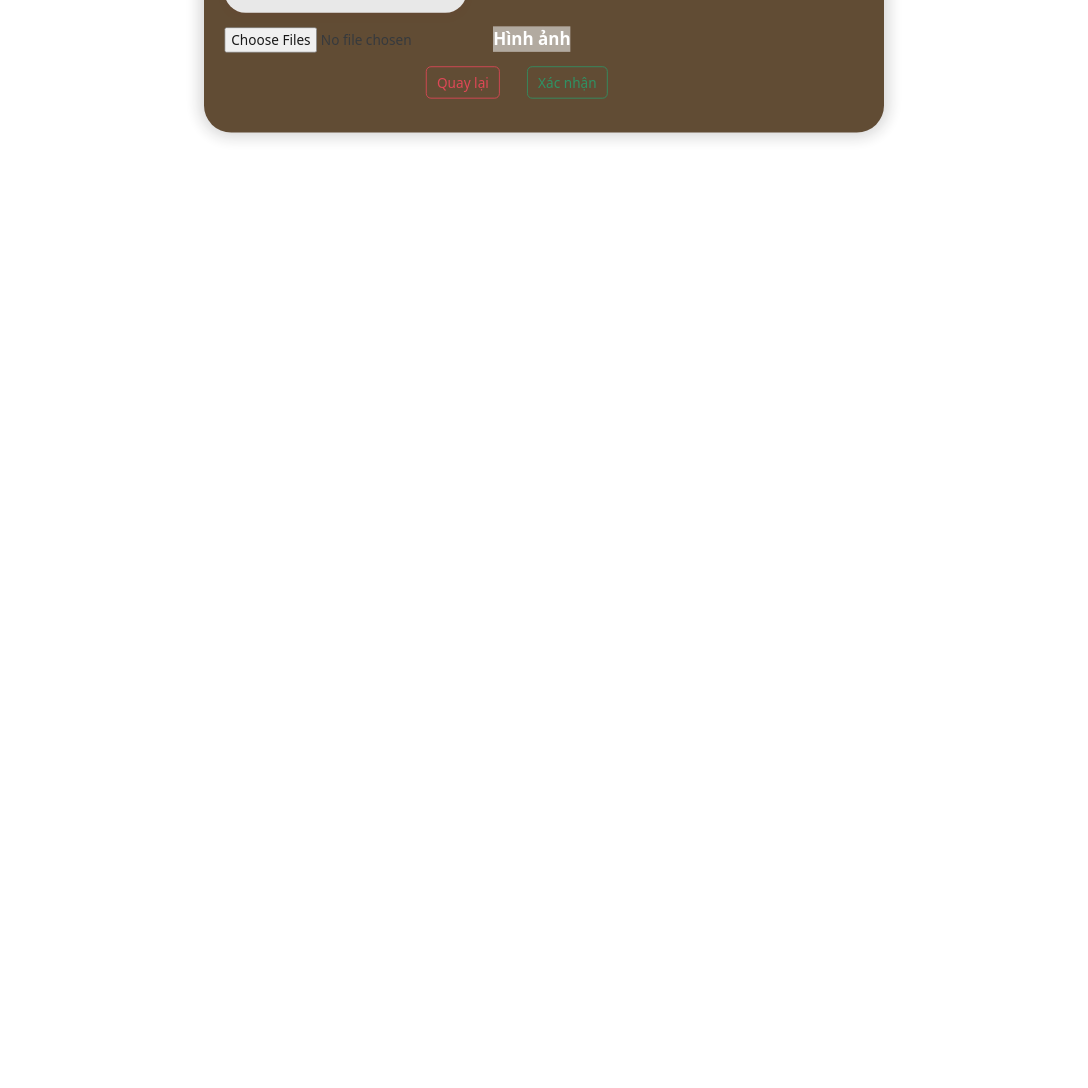
Repository: LeDongGyC/html-css
Page: HTML CSS/prototype/index.html
The author's editor kept a copy of each file at every save. The page is drawn from the files as they stood at one save, then again after a run of saves.
The browser window is 1280 px wide. The pictures show the part of the page from y = 720 to 2000 px (the page is 2000 px tall), at 85% of full size.
Some web libraries are served in a nearby version. The style sheet was rebuilt from its Sass, Less or Tailwind sources for each picture, by a compiler version that may differ from the author's.

Above is the page before, as saved 2023-05-26 09:45:05.

### HTML CSS/prototype/index.html
<!doctype html>
<html lang="en">

<head>
  <title>Phản hồi khách hàng</title>
  <!-- Required meta tags -->
  <meta charset="utf-8">
  <meta name="viewport" content="width=device-width, initial-scale=1, shrink-to-fit=no">
  <link rel="stylesheet" href="style.css">
  <link rel="stylesheet" href="reset.css">
  <!-- <script src="index.js"></script> Bootstrap CSS v5.2.1 -->
  <script>
  </script>
  <link href="https://cdn.jsdelivr.net/npm/bootstrap@5.2.1/dist/css/bootstrap.min.css" rel="stylesheet"
    integrity="sha384-iYQeCzEYFbKjA/T2uDLTpkwGzCiq6soy8tYaI1GyVh/UjpbCx/TYkiZhlZB6+fzT" crossorigin="anonymous">
  <link rel='stylesheet prefetch' href='https://netdna.bootstrapcdn.com/font-awesome/3.2.1/css/font-awesome.css'>
  <link rel="stylesheet" href="https://cdnjs.cloudflare.com/ajax/libs/font-awesome/6.4.0/css/all.min.css"
    integrity="sha512-iecdLmaskl7CVkqkXNQ/ZH/XLlvWZOJyj7Yy7tcenmpD1ypASozpmT/E0iPtmFIB46ZmdtAc9eNBvH0H/ZpiBw=="
    crossorigin="anonymous" referrerpolicy="no-referrer" />

</head>

<body class="">
  <div class="containerr">
    <div class="feedback-box">
      <div class="feedback-box_right">
        <h2 class="feedback-box_right-title">PHẢN HỒI</h2>
        <div class="row">
          <div class="mb-3 col-md-6">
            <label for="name" class="form-label">Họ và tên<span style="color:red;">(*)</span></label>
            <input type=" text" class=" feedback-box_right-item" name="" id="name" aria-describedby="helpId"
                placeholder="">
                <span class="text-warning">Vui lòng nhập vào ô này</span> <br>
                <span class="text-warning">Tên không đúng định dạng</span>
          </div>
          <div class="mb-3 col-md-6">
            <label for="email" class="form-label">Email<span style="color:red;">(*)</span></label>
            <input type=" text" class=" feedback-box_right-item" name="" id="email" aria-describedby="helpId"
                placeholder="">
                <span class="text-warning">Vui lòng nhập vào ô này</span> <br>
                <span class="text-warning">Email không đúng định dạng</span>
          </div>
        </div>

        <div class="mb-3">
          <label for="typeFeedback" class="form-label">Loại phản hồi</label>
          <select class="feedback-box_right-item " name="" id="typeFeedback">
            <option value="" class="feedback-box_right-item-selected">Loại phản hồi 1</option>
            <option value="" class="feedback-box_right-item-selected">Loại phản hồi 2</option>
            <option value="" class="feedback-box_right-item-selected">Loại phản hồi 3</option>
          </select>
          <span class="text-warning">Vui lòng chọn vào ô này</span>
        </div>
        <div class="mb-3">
          <label for="feedback" class="form-label">Nội dung phản hồi<span style="color:red;">(*)</span></label>
          <textarea type="" class=" feedback-box_right-item" name="" id="feedback" aria-describedby="helpId"
              placeholder="" rows="5" minlength="50" maxlength="1000" style="resize: none;"></textarea>
              <span class="text-white">Độ dài từ 50-1000</span> <br>
              <span class="text-warning">Vui lòng nhập vào ô này</span> <br>
              <span class="text-warning">Độ dài không hợp lệ</span>
        </div>

        <div class="stars">
          <header>Đánh giá của bạn</header>
          <input class="star star-5" id="star-5" type="radio" name="star" />
          <label class="star star-5" for="star-5"></label>
          <input class="star star-4" id="star-4" type="radio" name="star" />
          <label class="star star-4" for="star-4"></label>
          <input class="star star-3" id="star-3" type="radio" name="star" />
          <label class="star star-3" for="star-3"></label>
          <input class="star star-2" id="star-2" type="radio" name="star" />
          <label class="star star-2" for="star-2"></label>
          <input class="star star-1" id="star-1" type="radio" name="star" />
          <label class="star star-1" for="star-1"></label>
        </div>
        <div class="mb-3">
          <input type="file" name="file" id="file" class="inputfile" data-multiple-caption="{count} files selected"
            multiple />
          <label for="file">Hình ảnh</label>
        </div>
        <div class="mb-3">
          <div class="feedback-box_right-button">
            <div class="feedback-box_right-button"><a name="" id="" class="btn btn-outline-danger" href="#"
                role="button">Quay
                lại</a></div>
            <div class="feedback-box_right-button"><a name="" id="" class="btn btn-outline-success" href="#"
                role="button">Xác
                nhận</a></div>
          </div>
        </div>
      </div>
    </div>
  </div>
  </div>

  <script src="https://cdn.jsdelivr.net/npm/@popperjs/core@2.11.6/dist/umd/popper.min.js"
    integrity="sha384-oBqDVmMz9ATKxIep9tiCxS/Z9fNfEXiDAYTujMAeBAsjFuCZSmKbSSUnQlmh/jp3" crossorigin="anonymous">
    </script>

  <script src="https://cdn.jsdelivr.net/npm/bootstrap@5.2.1/dist/js/bootstrap.min.js"
    integrity="sha384-7VPbUDkoPSGFnVtYi0QogXtr74QeVeeIs99Qfg5YCF+TidwNdjvaKZX19NZ/e6oz" crossorigin="anonymous">
    </script>
</body>

</html>

### HTML CSS/prototype/style.scss
* {
  box-sizing: border-box;
}
html {
  font-size: 62.5%;
}
body {
  font-size: 1.6rem;
  font-family: "Arial", sans-serif;
  font-weight: normal;
  height: 100vh;
  width: 100%;
}
.containerr {
  position: relative;
  width: 100%;
  height: 100%;
  display: flex;
  justify-content: center;
  align-items: center;
  padding: 2rem 10rem;
  background-attachment: fixed;
  // height: 1300px !important;
  &::after {
    content: "";
    position: absolute;
    width: 100%;
    background-attachment: fixed;
    height: 2000px;
    left: 0;
    top: 0;
    background-image: linear-gradient(
        rgba(87, 79, 51, 0.5),
        rgba(87, 79, 51, 0.5)
      ),
      url("https://img.freepik.com/free-vector/realistic-coffee-background-with-drawings_79603-607.jpg?w=2000");
    background-size: cover;
    z-index: -1;
  }
}
.feedback-box {
  position: absolute;
  border-radius: 2rem;
  top: 20px;
  max-width: 50rem;
  display: grid;
  grid-template-columns: repeat(1, 1fr);
  justify-content: center;
  background-color: #51391f;
  opacity: 0.9;
  box-shadow: 0px 0px 19px 5px rgba(0, 0, 0, 0.19);
  &_right {
    padding: 1.5rem;
    // width: 80%;
    max-height: 70%;
    &-title {
      position: relative;
      align-items: center;
      text-align: center;
      padding: 0 0 10px;
      margin-bottom: 10px;
      color: white;
      &::after {
        content: "";
        position: absolute;
        left: 50%;
        bottom: 0;
        transform: translateX(-50%);
        height: 4px;
        width: 70px;
        border-radius: 2px;

        background-color: white;
      }
    }
    &-item {
      width: 100%;
      border: 2px solid rgba(255, 253, 253, 0);
      outline: none;
      background-color: rgb(230, 230, 230);
      padding: 0.5rem 1rem;
      font-size: 1.1rem;
      border-radius: 0.5rem;
      transition: 0.3s;
      &:hover {
        background-color: rgba(226, 178, 178, 0.943);
      }
      &:focus {
        border: 2px solid rgba(30, 85, 250, 0.47);
        background-color: #fff;
      }
      &:last-child {
        resize: none;
      }
    }
    &-button {
      display: flex;
      justify-content: center;
      margin-right: 2rem;
      &-item{
        padding: 1.6rem 2.4rem;
        text-decoration: none;
        background-color: black;
        border: 1px solid #C49B63;
        color: #C49B63;
        &:nth-child(0):hover{

        }
        &:nth-child(1):hover{

        }
      }
    }
  }
}
.btn1:hover{
  background-color: red;
  color: white;
  transition: all 0.3s ease-in-out;
}
.btn2
.inputfile {
  width: 0.1px;
  height: 0.1px;
  opacity: 0;
  overflow: hidden;
  position: absolute;
  z-index: -1;
}
.inputfile + label {
  font-size: 1.25em;
  font-weight: 700;
  color: white;
  background-color: rgba(230, 230, 230, 0.6);
  display: inline-block;
  cursor: pointer;
}

.inputfile:focus + label,
.inputfile + label:hover {
  color: rgba(30, 85, 250, 0.47);
  background-color: rgba(0, 0, 0, 0.1);
}
div.stars {
  display: inline-block;
  position: relative;
  background-color: rgb(230, 230, 230);
  display: inline-block;
  padding: 0.5rem 1rem;
  border-radius: 25px;
  box-shadow: 0 5px 10px rgba(145, 25, 25, 0.05);
  margin-bottom: 1rem;
}
label {
  color: white;
}
input.star {
  display: none;
}

label.star {
  float: right;
  padding-right: 10px;
  font-size: 36px;
  color: #444;
  transition: all 0.2s;
}

input.star:checked ~ label.star:before {
  content: "\f005";
  color: #fd4;
  transition: all 0.25s;
}

input.star-5:checked ~ label.star:before {
  color: #fe7;
  text-shadow: 0 0 20px #952;
}

input.star-1:checked ~ label.star:before {
  color: #f62;
}

label.star:hover {
  transform: rotate(-15deg) scale(1.3);
}

label.star:before {
  content: "\f006";
  font-family: FontAwesome;
}
@media (max-width: 767px) {
  .feedback-box_left {
    display: none;
  }
  .feedback-box {
    font-size: 26px;
    width: 100%;
    display: flex;
    flex-direction: column;
    justify-content: center;
    align-items: center;
  }
}
#file-input-container {
  // position: relative;
  // display: inline-block;
  // overflow: hidden;
  // border: 2px solid #ccc;
  // border-radius: 4px;
  // padding: 8px;
  // cursor: pointer;
}
#file-input-container input[type="file"] {
  display: none;
}
#file-input-container .upload-icon {
  display: inline-block;
  text-transform: uppercase;
  color: #fff;
  background-color: #c0392b;
  padding: 15px 40px;
  letter-spacing: 1.5px;
  user-select: none;
  box-shadow: 5px 15px 25px rgba(0, 0, 0, 0.35);
  cursor: pointer;
  border-radius: 3px;
}
#file-input-container .upload-icon:active {
  transform: scale(0.9);
}
#file-input-container .upload-icon i {
  font-size: 20px;
  margin-right: 10px;
}
#image-preview {
  display: flex !important;
  flex-wrap: wrap;
  background-color: #fff;
  /* width: 50px; */
  // padding: 10px;
}
.preview-image {
  width: 150px;
  height: 150px;
  margin: 10px;
  position: relative;
}
.preview-image.selected {
  border: 2px solid blue;
}
.loading-overlay {
  position: absolute;
  top: 0;
  left: 0;
  width: 100%;
  height: 100%;
  background-color: rgba(255, 255, 255, 0.7);
  display: flex;
  justify-content: center;
  align-items: center;
  opacity: 0;
  pointer-events: none;
  transition: opacity 0.3s ease-in-out;
}
.loading-overlay.show {
  opacity: 1;
  pointer-events: auto;
}
.loading-spinner {
  display: inline-block;
  width: 20px;
  height: 20px;
  border: 2px solid #ccc;
  border-top-color: #333;
  border-radius: 50%;
  animation: spin 1s infinite ease-in-out;
}
@keyframes spin {
  0% {
    transform: rotate(0deg);
  }
  100% {
    transform: rotate(360deg);
  }
}
#image-preview,
#delete-selected-button {
  display: none;
}

Loaded but not shown: HTML CSS/prototype/reset.css (common file)

After the next 2 saves:
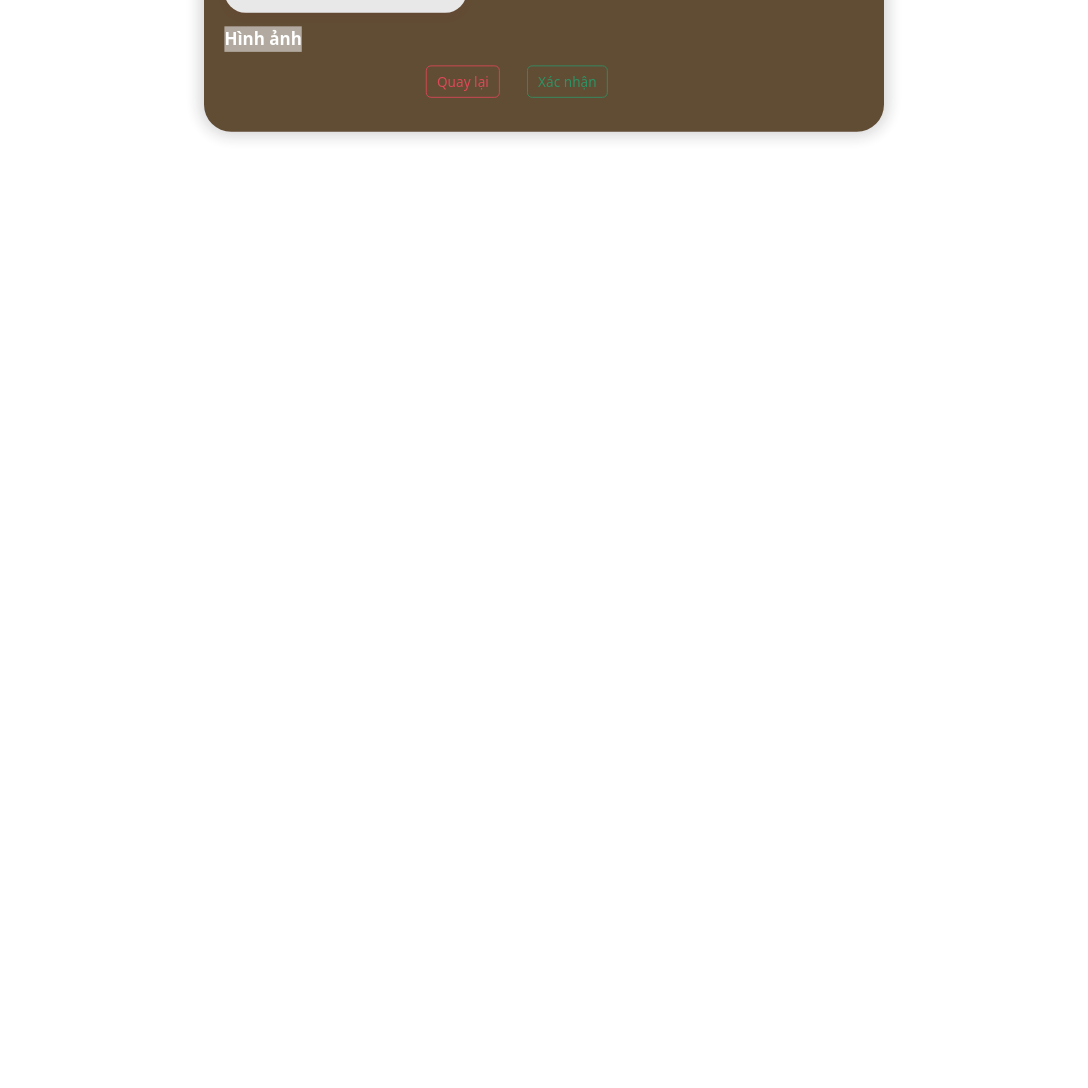
The 2 saves are shown as one change because they came seconds apart.
The last was saved 7 s later.
--- a/HTML CSS/prototype/style.scss
+++ b/HTML CSS/prototype/style.scss
@@ -97,28 +97,30 @@ body {
       display: flex;
       justify-content: center;
       margin-right: 2rem;
-      &-item{
+      &-item {
         padding: 1.6rem 2.4rem;
         text-decoration: none;
         background-color: black;
-        border: 1px solid #C49B63;
-        color: #C49B63;
-        &:nth-child(0):hover{
-
+        border: 1px solid #c49b63;
+        color: #c49b63;
+        &:nth-child(0):hover {
         }
-        &:nth-child(1):hover{
-
+        &:nth-child(1):hover {
         }
       }
     }
   }
 }
-.btn1:hover{
+.btn1:hover {
   background-color: red;
   color: white;
   transition: all 0.3s ease-in-out;
 }
-.btn2
+.btn2:hover {
+  background-color: #c49b63;
+  color: white;
+  transition: all 0.3s ease-in-out;
+}
 .inputfile {
   width: 0.1px;
   height: 0.1px;
